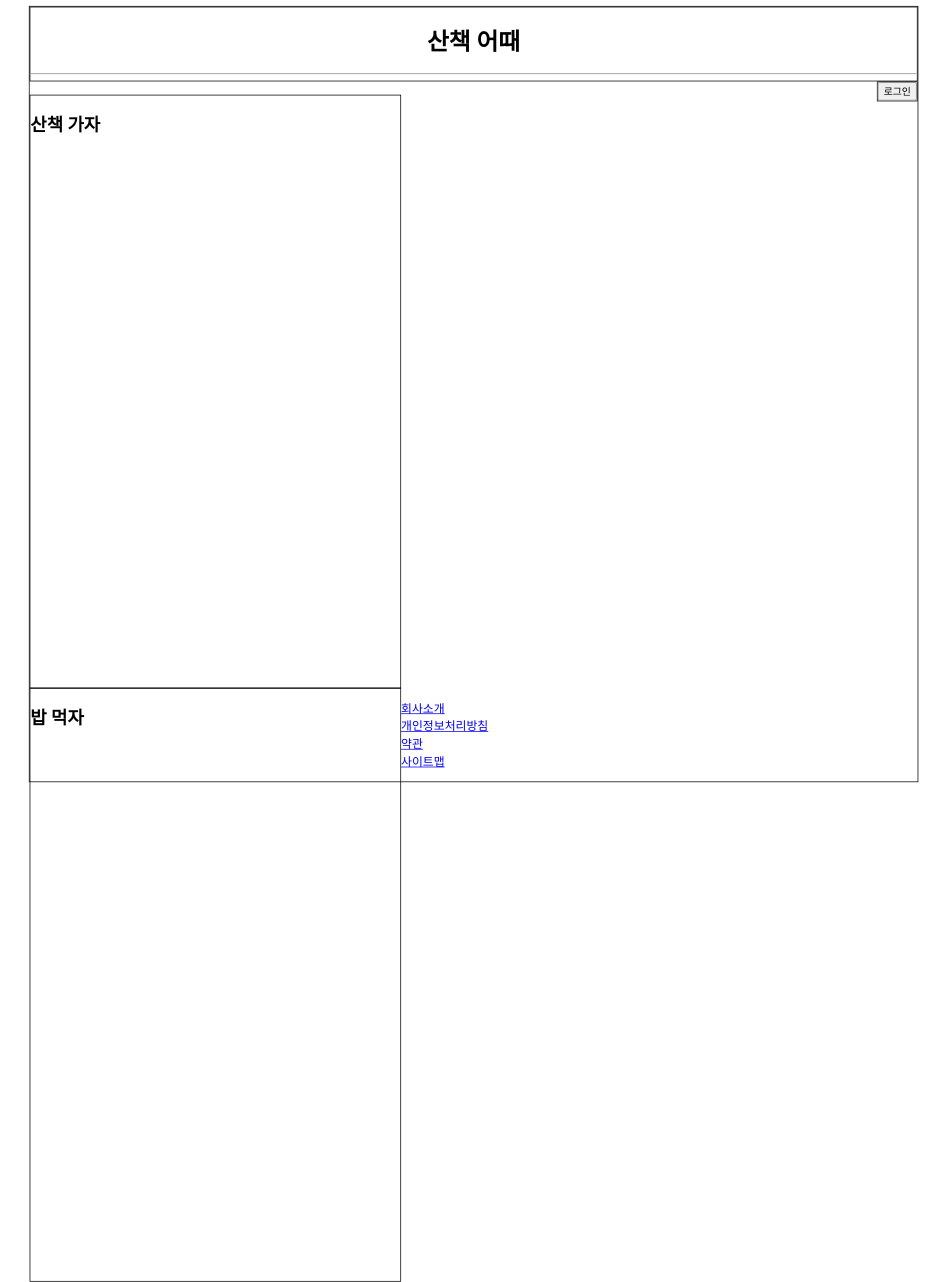
Repository: to-flatwhite1/JSP
Page: http://localhost/JSP/
The author's editor kept a copy of each file at every save. The page is drawn from the files as they stood at one save, then again after the next save.
The browser window is 1280 px wide. The pictures show the whole page, at 74% of full size.
The page is served by Tomcat 9.

Above is the page before, as saved 2024-05-17 09:26:50.

### portfolio-master/JSP/src/main/webapp/index.jsp
<%@ page language="java" contentType="text/html; charset=utf-8"
    pageEncoding="utf-8"%>
<!DOCTYPE html>
	<html>
	<head>
		<meta charset="utf-8">
		<title>산책어때</title>
		<style>
		#wrap{
			width:1200px;
			margin:0 auto;
			border:1px solid black;
		}
		#logo{
			text-align:center;
			border:1px solid black;
		}
		#login{
		display:inline-block;
		float:right;
		border:1px solid black;

		}
		#main{
		width:1000px;
		height:800px;}
		#li{
		display:inline-block;
		float:left;
		border:1px solid black;
		}
		.main1{
		width:500px;
		height:800px;
		float:left;
		border:1px solid black;
		}
		.main2{
		width:500px;
		height:800px;
		float:left;
		border:1px solid black;
		}
		</style>
	</head>
	<body>
	<div id=wrap>
		<header>
			<div id="logo">
				<h1>산책 어때</h1>
				<hr>
			</div>
		</header>
		<form method="get" id=login action="next.jsp">
			<input type=submit value="로그인"><!-- submit action을 취할 수 있다. -->
		</form>
		<img src="">
		<div id=main>
		<div class=main1>
		<h2>산책 가자</h2>
		</div>

		<main class="comunity">
		<div class=main2>
		<h2>밥 먹자</h2>
		</div>
		<main class="shopping">
		</div>

		</main>
		<footer>
		<div id="bottomMenu">
		<ul type="none">
			<li><a href="#">회사소개</a></li>
			<li><a href="#">개인정보처리방침</a></li>
			<li><a href="#">약관</a></li>
			<li><a href="#">사이트맵</a></li>
		</ul>
		</div>
		</footer>
	</div>
	</body>
</html>

After the next save:
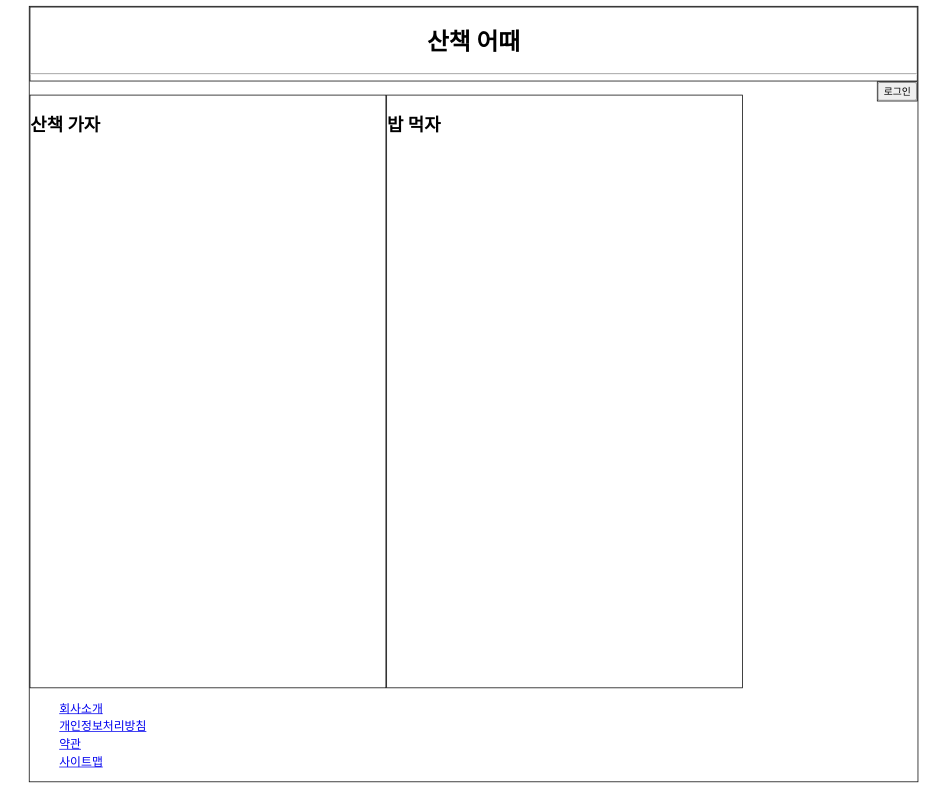
Saved 17 s later.
--- a/portfolio-master/JSP/src/main/webapp/index.jsp
+++ b/portfolio-master/JSP/src/main/webapp/index.jsp
@@ -30,13 +30,13 @@
 		border:1px solid black;
 		}
 		.main1{
-		width:500px;
+		width:480px;
 		height:800px;
 		float:left;
 		border:1px solid black;
 		}
 		.main2{
-		width:500px;
+		width:480px;
 		height:800px;
 		float:left;
 		border:1px solid black;
